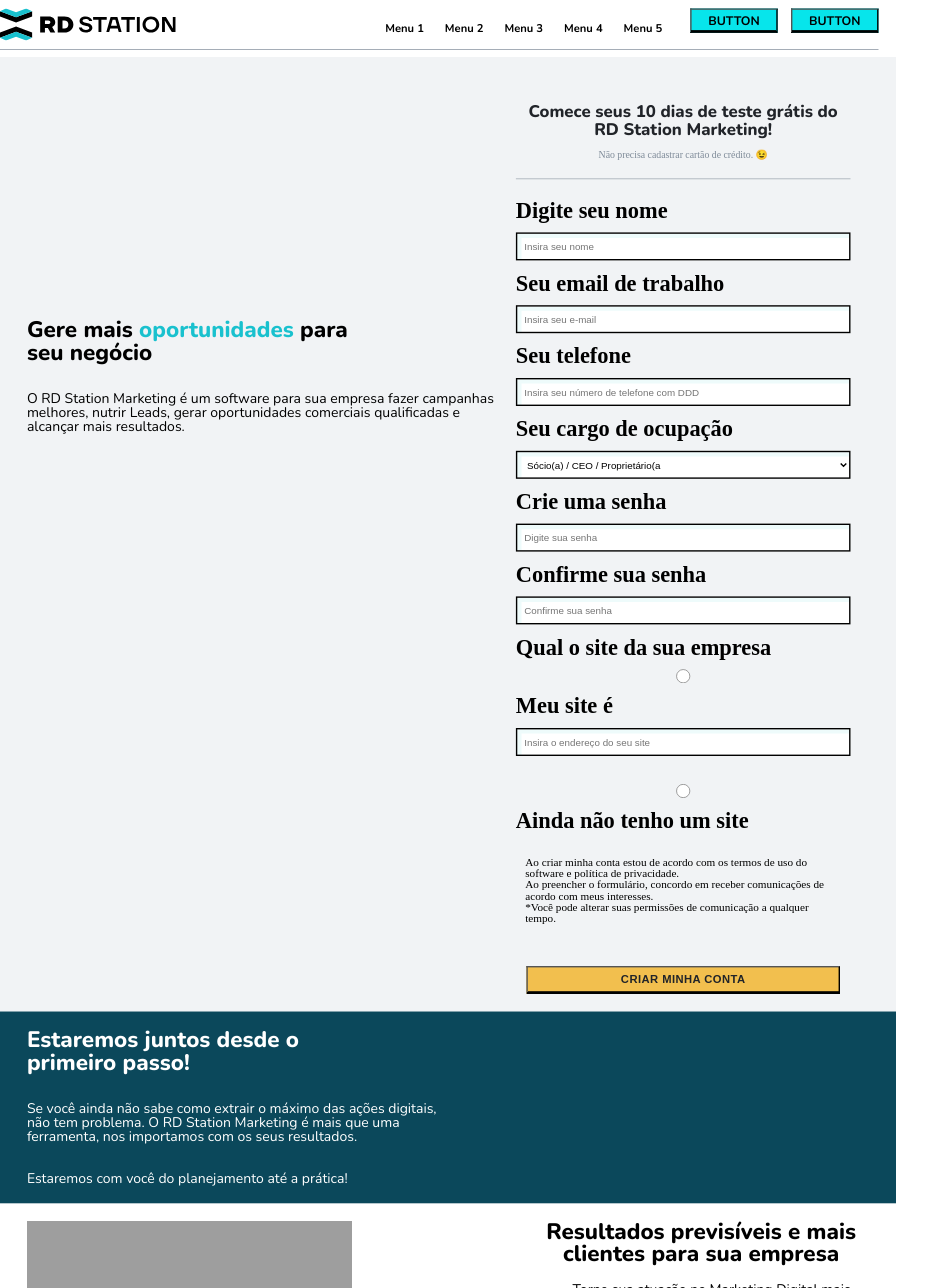
Repository: LarisseLima/rd
Page: index.html
An editor plug-in stored every save of this project. The page is shown before and after the next save, followed by the edit.
The browser window is 1280 px wide. The page is 1356 px wide, so the pictures cover 1356 px, including what lies to the right of the window. The pictures show the part of the page from y = 0 to 1840 px (the page is 4805 px tall), at 70% of full size.
Pictures or frames that could not be fetched are drawn as grey boxes.

Above is the page before, as saved 2021-07-27 13:59:59.

After the next save:
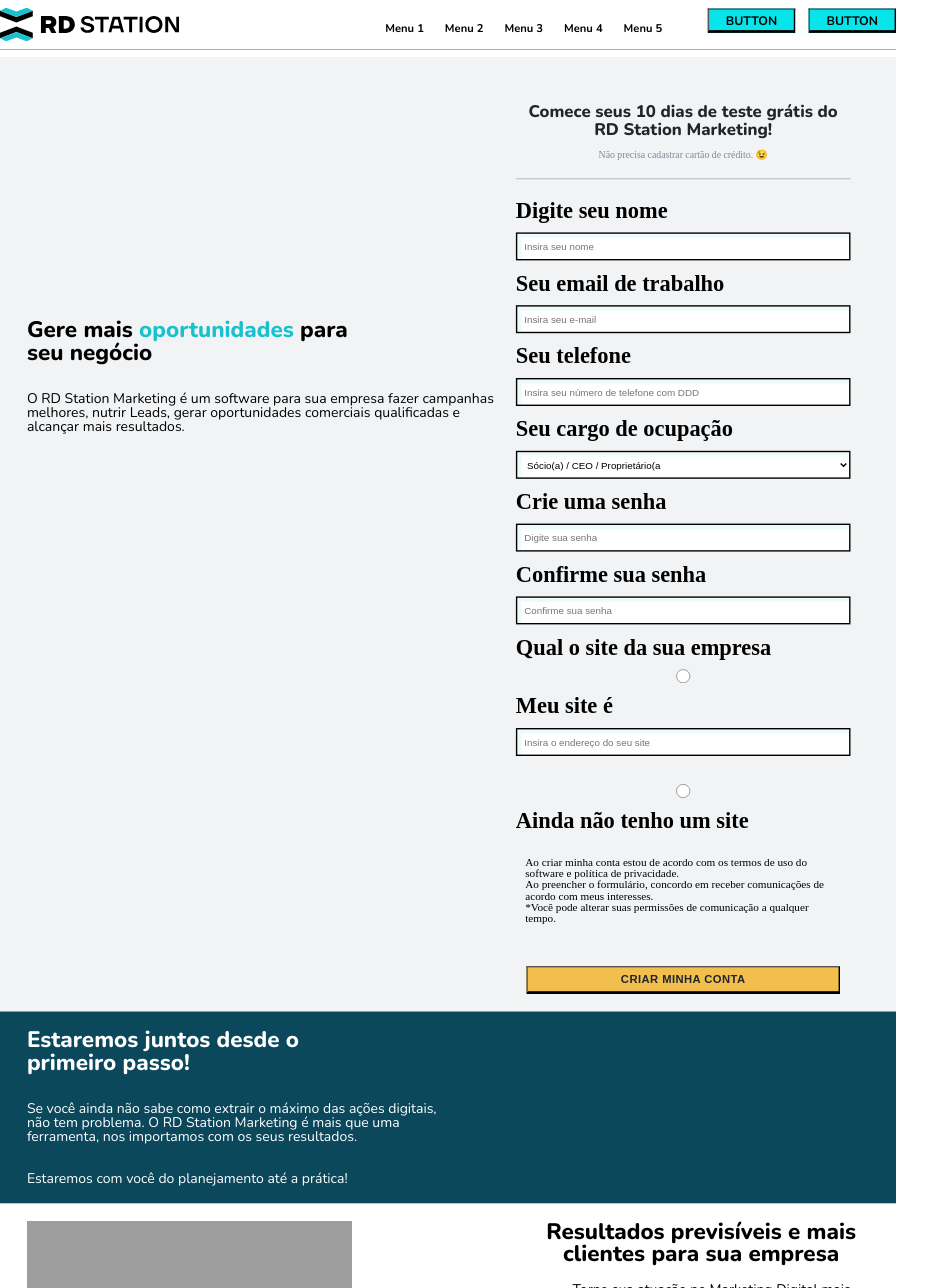
Saved 28 s later.
--- a/css/style.css
+++ b/css/style.css
@@ -18,7 +18,6 @@
 
 
 .header {
-  margin-right: 25px;
   background-color: var(--white);
   padding: 10px 0;
   display: flex;
@@ -28,6 +27,8 @@
 }
 
 .header ul{
+  margin-left: 25px;
+  margin-right: 25px;
   padding: 20px 10px;
   list-style: none;
   display: flex;
